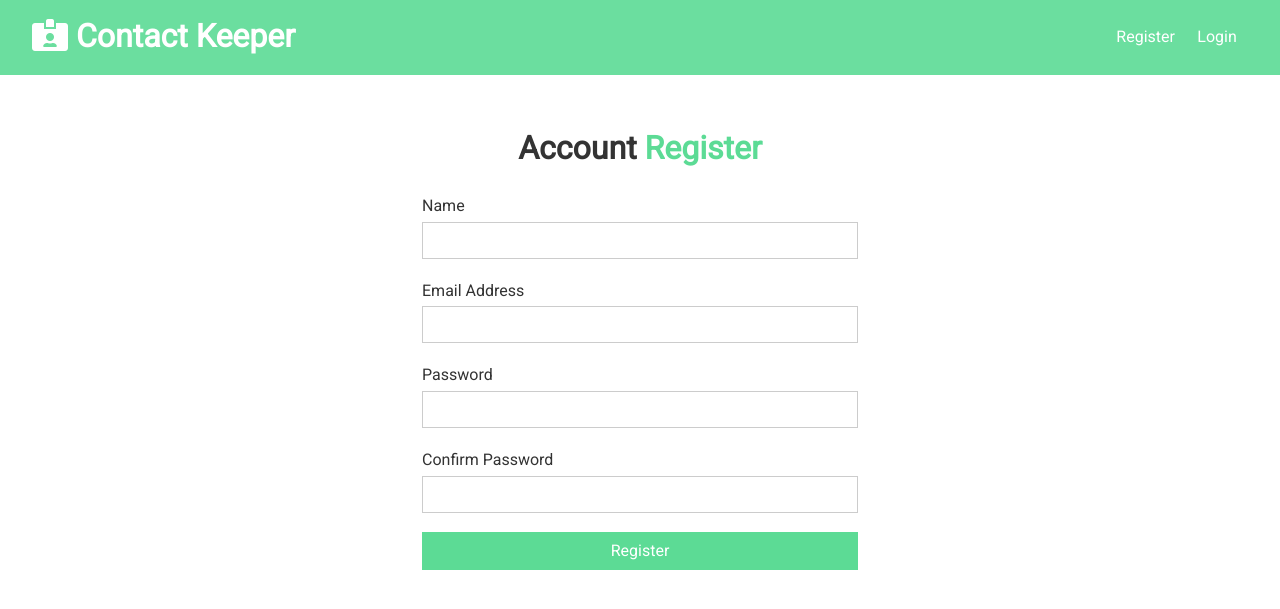
Repository: Art101-ui/Contact-keeper
Page: /register (app in client/)
The author's editor kept a copy of each file at every save. The page is drawn from the files as they stood at one save, then again after the next save.
The browser window is 1280 px wide. The pictures show the whole page.
Some web libraries are served in a nearby version. The project was rebuilt for these pictures with package versions that can differ from the ones it lists, and the page was loaded fresh each time. Also part of the build but not shown: client/src/components/contacts/ContactsItem.js, client/src/components/layout/Spinner.js, client/src/components/contacts/Contacts.js, client/src/components/contacts/ContactForm.js, client/src/components/contacts/ContactsFilter.js, client/src/components/pages/Home.js, client/src/components/pages/About.js, client/src/components/layout/Alert.js and 2 more.

Above is the page before, as saved 2021-09-27 11:59:30.

After the next save:
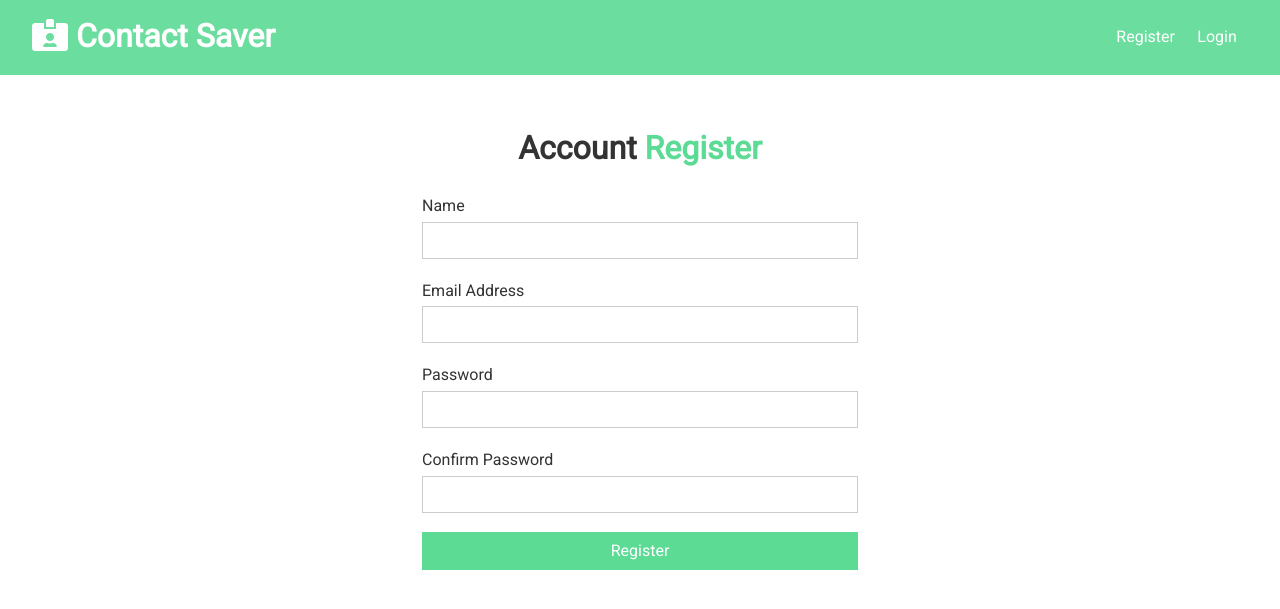
Saved 4 min 33 s later.
--- a/client/src/components/layout/Navbar.js
+++ b/client/src/components/layout/Navbar.js
@@ -56,7 +56,7 @@ Navbar.propTypes={
 }
 
 Navbar.defaultProps = {
-    title: "Contact Keeper",
+    title: "Contact Saver",
     icon: "fas fa-id-card-alt"
 }
 
